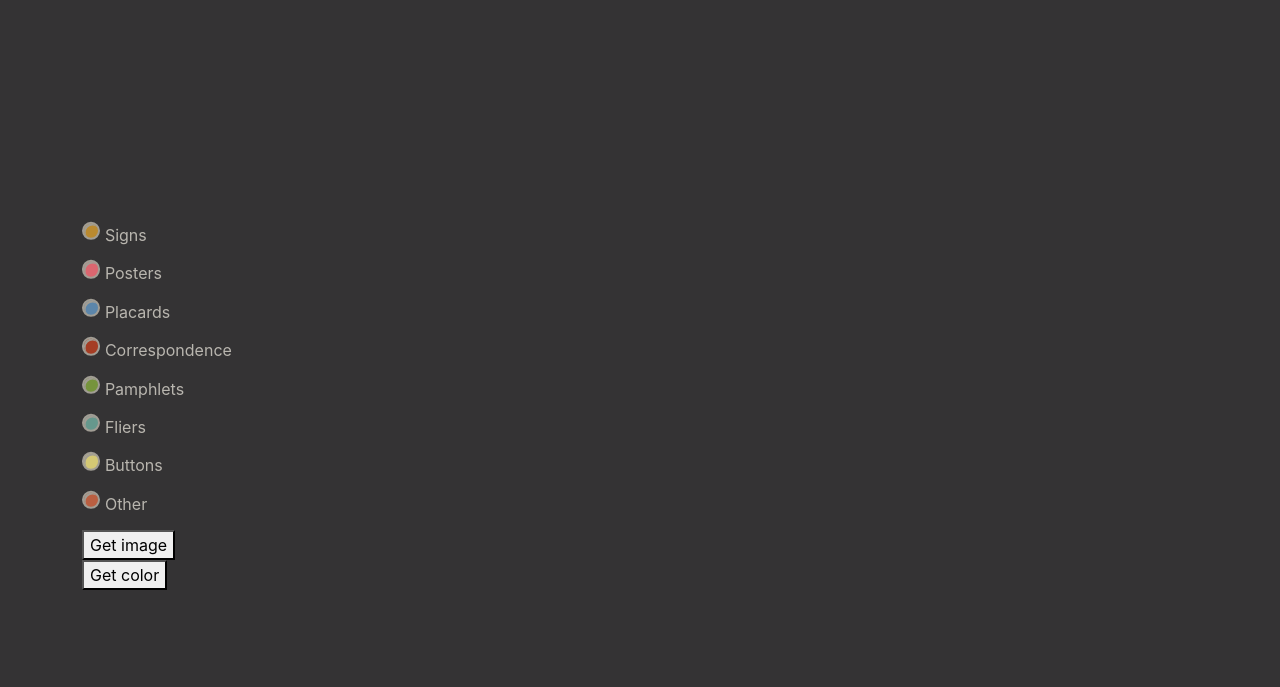
Repository: m0llyc00k/Major-studio-1
Page: Final_v2/index.html
The author's editor kept a record of every edit. The page is drawn from the files as they stood at one moment, then again after the next edit.
The browser window is 1280 px wide. The pictures show the whole page.
Some web fonts or font styles are not loaded; a fallback is used.

Above is the page before.
Console error: SyntaxError: missing ) after argument list

### Final_v2/index.html
<!--https://moderncss.dev/pure-css-custom-checkbox-style/-->


<!DOCTYPE html>
<html lang="en">

<head>
    <title>Ephemera at the Smithsonian</title>
    <meta charset="utf-8">
    <meta name="viewport" content="width=device-width, initial-scale=1">
    <link rel="stylesheet" href="https://maxcdn.bootstrapcdn.com/bootstrap/4.5.2/css/bootstrap.min.css">
    <script src="https://ajax.googleapis.com/ajax/libs/jquery/3.5.1/jquery.min.js"></script>
    <script src="https://cdnjs.cloudflare.com/ajax/libs/popper.js/1.16.0/umd/popper.min.js"></script>
    <script src="https://maxcdn.bootstrapcdn.com/bootstrap/4.5.2/js/bootstrap.min.js"></script>
    <link rel="preconnect" href="https://fonts.googleapis.com">
    <link rel="preconnect" href="https://fonts.gstatic.com" crossorigin>
    <link href="https://fonts.googleapis.com/css2?family=Space+Grotesk:wght@300&family=Spartan:wght@100;400&family=Zilla+Slab:ital,wght@0,300;0,400;1,300;1,400&display=swap" rel="stylesheet">
    <link rel="preconnect" href="https://fonts.googleapis.com">
    <link rel="preconnect" href="https://fonts.gstatic.com" crossorigin>
    <link href="https://fonts.googleapis.com/css2?family=Zilla+Slab+Highlight:wght@400;700&display=swap" rel="stylesheet">
<link rel="preconnect" href="https://fonts.googleapis.com">
<link rel="preconnect" href="https://fonts.gstatic.com" crossorigin>
<link href="https://fonts.googleapis.com/css2?family=Bodoni+Moda&display=swap" rel="stylesheet">


    <style type="text/css">
        body {
            background-color: #343334;
            /*background-color: #161616;*/
            /*zoom: reset;*/
        }

        .button {
            min-width: 130px;
            padding: 4px 5px;
            cursor: pointer;
            text-align: center;
            font-size: 13px;
            border: 1px solid #e0e0e0;
            text-decoration: none;
        }

        .button.active {
            background: #000;
            color: #fff;
        }

        #checkboxes>* {
            font: Roboto;
            font-weight: 400;
            color: #b9b6af;
            padding: 3px;
            display: block;

        }

        .col-sm-2 {
            background-color: #343334;
            /*padding-left: 20px;*/
            /*border-radius: 25px;*/
            padding-top: 200px;
        }

        svg {
            background-color: #343334;
        }

        svganchor {
            padding: 100px;
        }

        .cells path {
            fill: none;
            pointer-events: all;
        }

        div.tooltip {
            position: fixed;
            text-align: left;
            color: #efefef;
            white-space: normal;
            padding: 8px;
            font-size: 14px;
            /*background: rgb(96, 125, 139);*/
            background: #5e626b;
            border: 1px solid rgb(96, 125, 139);
            border-radius: 2px;
            pointer-events: none;
            cursor: pointer;
        }


        .axis path,
        .axis line {
            fill: none;
            stroke: rgb(96, 125, 139);
            shape-rendering: optimizeSpeed;
        }

        .axis text {
            font: 15px sans-serif;
            color: #a19d94;

        }

        /*.typeSort {}*/

        .container {
            padding-top: 20px;
            max-width: 90%;
        }


        input[type="checkbox"] {
            appearance: none;
            background-color: #a19d94;
            margin: 0;
            font: inherit;
            color: #a19d94;
            width: 1.15em;
            height: 1.15em;
            border: 0.15em solid currentColor;
            border-radius: 1em;
            transform: translateY(-0.075em);
            place-content: center;
            box-shadow: inset .1em .1em
        }


        /*designate color fills*/

        input[value="signs"]:checked {
            background-color: #ba8a30;
        }

        input[value="posters"]:checked {
            background-color: #db666f;
        }

        input[value="placards"]:checked {
            background-color: #5c86aa;
        }

        input[value="correspondence"]:checked {
            background-color: #a53d24;
        }

        input[value="pamphlets"]:checked {
            background-color: #76943c;
        }

        input[value="fliers"]:checked {
            background-color: #66988d;
        }

        input[value="buttons"]:checked {
            background-color: #d4c874;
        }

        input[value="other"]:checked {
            background-color: #ba5f41;
        }
    </style>

</head>

<body>



    <div class="container">
        <div class="row">

            <div class="col-sm-2" id="checkboxes">
                <!--<span style="position:relative; top: 5px; font-size: 16px; padding:20px;">Ephemera Type:</span>-->
                <label class="mdl-checkbox mdl-js-checkbox mdl-js-ripple-effect">
                    <!--<span class="checkmark" id="signsColor" style="font-size: 24px; color: #ba8a30;">&#9679;&nbsp;</span>-->
                    <input type="checkbox" value="signs"  class="mdl-checkbox__input typeSort" checked="">    Signs
                </label>
                <label class="mdl-checkbox mdl-js-checkbox mdl-js-ripple-effect">
                    <!--<span class="mdl-checkbox__label" id="postersColor" style="font-size: 24px; color: #db666f;">&#9679;&nbsp;</span>-->
                    <input type="checkbox" value="posters" class="mdl-checkbox__input typeSort" checked="">    Posters
                </label>
                <label class="mdl-checkbox mdl-js-checkbox mdl-js-ripple-effect">
                    <!--<span class="mdl-checkbox__label" id="placardsColor" style="font-size: 24px; color: #5c86aa;">&#9679;&nbsp;</span>-->
                    <input type="checkbox" value="placards" class="mdl-checkbox__input typeSort" checked="">    Placards
                </label>
                <label class="mdl-checkbox mdl-js-checkbox mdl-js-ripple-effect">
                     <!--<span class="mdl-checkbox__label" id="correspondenceColor" style="font-size: 24px; color: #a53d24;">&#9679;&nbsp;</span>-->
                    <input type="checkbox" value="correspondence" class="mdl-checkbox__input typeSort" checked="">    Correspondence
                </label>
                <label class="mdl-checkbox mdl-js-checkbox mdl-js-ripple-effect">
                     <!--<span class="mdl-checkbox__label" id="pamphletsColor" style="font-size: 24px; color: #76943c;">&#9679;&nbsp;</span>-->
                    <input type="checkbox" value="pamphlets" class="mdl-checkbox__input typeSort" checked="">    Pamphlets
                </label>
                <label class="mdl-checkbox mdl-js-checkbox mdl-js-ripple-effect">
                     <!--<span class="mdl-checkbox__label" id="fliersColor" style="font-size: 24px; color: #66988d;">&#9679;&nbsp;</span>-->
                    <input type="checkbox" value="fliers" class="mdl-checkbox__input typeSort" checked="">    Fliers
                </label>
                <label class="mdl-checkbox mdl-js-checkbox mdl-js-ripple-effect">
                    <!--<span class="mdl-checkbox__label" id="buttonsColor" style="font-size: 24px; color: #d4c874;">&#9679;&nbsp;</span>-->
                    <input type="checkbox" value="buttons" class="mdl-checkbox__input typeSort" checked="">  Buttons
                </label>
                <label class="mdl-checkbox mdl-js-checkbox mdl-js-ripple-effect">
                    <!--<span class="mdl-checkbox__label" id="otherColor" style="font-size: 24px; color: #ba5f41;">&#9679;&nbsp;</span>-->
                    <input type="checkbox" value="other" class="mdl-checkbox__input typeSort" checked="">    Other
                </label>

                <div class="col" id="toolbar">
                    <button id="getImage" onclick="changeFillImage()">Get image</button>
                    <button id="getColor" onclick="changeFillColor()">Get color</button>

                </div>

            </div>

            <div class="col-lg-10" id="svgbeeswarm"></div>
            <!--<div class="row">-->
            <!--    <div class="col" id="toolbar">-->
            <!--        <button id="all" class="button active">All</button>-->
            <!--        <button id="Movement" class="button">By Movement</button>-->
            <!--        <button id="typeSort" class="button">By Type</button>-->
            <!--<button id="dateSort" class="button">By Year</button>-->
            <!--    </div>-->
            <!--</div>-->
            <!--<div class="row">-->
            <!--    <div class="col" id="svgclusters"></div>-->
            <!--</div>-->

        </div>
    </div>

    <script src="https://d3js.org/d3.v5.min.js"></script>

    <!--<script src="https://d3js.org/d3.v5.min.js"></script>-->
    <script src="beeswarm.js"></script>
    <script src="clusters.js"></script>


</body>

</html>

### Final_v2/beeswarm.js
/*global d3*/

let height = 850;
let width = 1120;
let margin = ({ top: 40, right: 40, bottom: 34, left: 40 });
let allDates = [];

// Data structure describing chart scales
let Scales = {
    lin: "scaleLinear",
    log: "scaleLog"
};

// Data structure describing volume of displayed data
let Count = {
    dateSort: "dateSort",
};

// Data structure describing legend fields value
let Legend = {
    dateSort: "dateSort",
};

let chartState = {};

chartState.measure = Count.dateSort;
chartState.scale = Scales.lin;
chartState.legend = Legend.dateSort;


// Colors used for circles depending on typeSort
let colors = d3.scaleOrdinal()
    .domain(["buttons", "signs", "posters", "placards", "correspondence", "pamphlets", "fliers", "other"])
    //vibrant
    //.range(['#ff7eb6', '#8a3ffc', '#fa4d56', '#d2a106', '#d4bbff', '#08bdba', '#ba4e00', '#33b1ff']);
    //dark-antique
    // .range(['#9ab6aa', '#d4c874', '#919f5e', '#825264', '#db666f', '#76943c', '#66988d', '#ba5f41']);
    .range(['#d4c874', '#ba8a30', '#db666f', '#5c86aa', '#a53d24', '#76943c', '#66988d', '#ba5f41']);



//#009392,#72aaa1,#b1c7b3,#f1eac8,#e5b9ad,#d98994,#d0587e
//#A16928,#bd925a,#d6bd8d,#edeac2,#b5c8b8,#79a7ac,#2887a1

d3.select("#buttonsColor").style("color", colors("buttons"));
d3.select("#signsColor").style("color", colors("signs"));
d3.select("#postersColor").style("color", colors("posters"));
d3.select("#placardsColor").style("color", colors("placards"));
d3.select("#correspondenceColor").style("color", colors("correspondence"));
d3.select("#pamphletsColor").style("color", colors("pamphlets"));
d3.select("#fliersColor").style("color", colors("fliers"));
d3.select("#otherColor").style("color", colors("other"));


let svg = d3.select("#svgbeeswarm")
    .append("svg")
    .attr("width", width)
    .attr("height", height)

svg.append("text")
    .attr("x", 0)
    .attr("y", 70)
    .attr("text-anchor", "left")
    .style("font-size", "32px")
    .style("fill", "#b9b6af")
    .style("font-family", "Zilla Slab")
    .style("font-variant", "small-caps")
    .style("font-weight", 500)
    .text("Political and Activist Ephemera at the Smithsonian");

// Add subtitle to graph
svg.append("text")
    .attr("x", 0)
    .attr("y", 110)
    .attr("text-anchor", "left")
    .style("font-size", "34px")
    .style("fill", "#b9b6af")
    .style("max-width", 400)
    .style("font-family", "Zilla Slab Highlight")
    .style("font-weight", 600)
    .text("Temporary Objects with Permanent Impact");



let xScale = d3.scaleLinear()
    .domain(allDates.map(d => d.dateSort))
    .range([margin.left, width - margin.right])

svg.append("g")
    .attr("class", "x axis")
    .attr("transform", "translate(0," + (height - margin.bottom) + ")")


// Create line that connects circle and X axis
let xLine = svg.append("line")
    .attr("stroke", "rgb(96,125,139)")
    .attr("stroke-dasharray", "3,4")
    .attr("stroke-width", "2");

// Create tooltip div and make it invisible
let tooltip = d3.select("#svgbeeswarm").append("div")
    .attr("class", "tooltip")
    .style("opacity", 0);


// Load and process data
d3.csv("https://raw.githubusercontent.com/m0llyc00k/major-studio-1/main/Qualitative/examples-beeswarm/beeswarm-data-new-Images.csv").then(function(data) {

    let dataSet = data;

    redraw();



    // Trigger filter function whenever checkbox is ticked/unticked
    d3.selectAll("input").on("change", filter);

    function redraw() {

        // Set scale type based on button clicked
        if (chartState.scale === Scales.lin) {
            xScale = d3.scaleLinear().range([margin.left, width - margin.right])
        }

        if (chartState.scale === Scales.log) {
            xScale = d3.scaleLog().range([margin.left, width - margin.right]);
        }

        xScale.domain(d3.extent(dataSet, function(d) {
            return +d[chartState.measure];
        }));

        //set x axis
        let xAxis = d3.axisBottom(xScale)
            .ticks(12, ".0f");


        d3.transition(svg).select(".x.axis")
            .transition()
            .duration(1000)
            .call(xAxis);

        // Create simulation with specified dataset
        let simulation = d3.forceSimulation(dataSet)
            // Apply positioning force to push nodes towards desired position along X axis
            .force("x", d3.forceX(function(d) {
                // Mapping of values from date/perCapita column of dataset to range of SVG chart (<margin.left, margin.right>)
                return xScale(+d[chartState.measure]); // This is the desired position
            }).strength(8)) // Increase velocity
            .force("y", d3.forceY((height / 1.75) - margin.bottom)) // // Apply positioning force to push nodes towards center along Y axis
            .force("collide", d3.forceCollide(16)) // Apply collision force with radius of 9 - keeps nodes centers 9 pixels apart
            .stop(); // Stop simulation from starting automatically

        // Manually run simulation
        for (let i = 0; i < dataSet.length; ++i) {
            simulation.tick(5);
        }



        // Create ephemera circles
        let titleCircles = svg.selectAll(".title")
            .data(dataSet, function(d) { return d.title });

        titleCircles.exit()
            .transition()
            .duration(1000)
            .attr("cx", 0)
            .attr("cy", (height / 2) - margin.bottom / 2)
            .remove();


        //fill circles with images

        var defs = svg.append('defs');

        defs.append("pattern")
            .attr("id", "d.title")
            .attr("height", "100%")
            .attr("width", "100%")
            .attr("patternContentUnits", "objectBoundingBox")
            .append("image")
            .attr("height", 1)
            .attr("width", 1)
            .attr("preserveAspectRatio", "none")
            .attr("xmlns:xlink", "http://www.w3.org/1999/xlink")
            .attr("xlink:href", "+ d.primaryImage +")

        defs.selectAll(".title-pattern")
            .data(data)
            .enter().append("pattern")
            .attr("class", "title-pattern")
            .attr("id", function(d) {
                return d.id
            })
            .attr("height", "100%")
            .attr("width", "100%")
            .attr("patternContentUnits", "objectBoundingBox")
            .append("image")
            .attr("height", 1)
            .attr("width", 1)
            .attr("preserveAspectRatio", "none")
            .attr("xmlns:xlink", "http://www.w3.org/1999/xlink")
            .attr("xlink:href", function(d) {
                return d.primaryImage
            })



        titleCircles.enter()
            .append("circle")
            .attr("class", "title")
            .attr("cx", 0)
            .attr("cy", (height / 2) - margin.bottom / 2)
            // .attr("cx", width - margin.right)
            // .attr("cy", (height) - margin.bottom)
            .attr("r", 13)
            .attr("stroke", function(d) { return colors(d.typeSort) })
            .attr("stroke-width", 4)
            .merge(titleCircles)
            .transition()
            .duration(1000)
            .attr("cx", function(d) { return d.x; })
            .attr("cy", function(d) { return d.y; })
            .attr("fill", function(d) {
                return "url(#" + d.id + ")";
            });

        // .on("mouseover", handleMouseOver)
        // .on("mouseout", handleMouseOut);



        //map just the images on the beeswarm

        // var images = svg.selectAll(".primaryImage")
        //             .data(dataSet, function(d) { return d.primaryImage });

        //         images.exit()
        //             .transition()
        //             .duration(1000)
        //             .attr("x", 0)
        //             .attr("y", (height) - margin.bottom)
        //             .remove()



        //         images.enter()
        //             .append("image")
        //             .attr("xlink:href", function(d) { return d.primaryImage;})
        //             .attr("width", 26)
        //             .attr("height", 26)
        //             .attr("x", width - margin.right / 2)
        //             .attr("y", (height) - margin.bottom / 2)
        //             .merge(images)
        //             .transition()
        //             .duration(2000)
        //             .attr("x", function(d) { return d.x; })
        //             .attr("y", function(d) { return d.y; });





        // Show tooltip when hovering over circle (data for respective country)
        d3.selectAll(".title").on("mousemove", function(d) {
            // tooltip.html(`   <div class="container" style="max-width:100%">
            //                 <div class="row"><div class="col-md-6">
            //               <strong>${d.title}</strong><br>
            //               ${d.typeTrue}<br>
            //               <strong>${d.dateTrue}</strong><br>
            //               </div>
            //               <div class="col-sm-4">
            //               <img src="${d.primaryImage}" alt="image here">
            //               </div></div>
            //               `)
            tooltip.html(`<div>
                          <strong>${d.title}</strong><br>
                          ${d.typeTrue}<br>
                          <strong>${d.dateTrue}</strong><br>
                          </div>
                          `)
                .style('top', d3.event.pageY - 1 + 5 + 'px')
                .style('left', d3.event.pageX + 1 + 10 + 'px')
                .style("opacity", 0.9)
            // .style("left", d3.select(this).attr("cx") + "px")
            // .style("top", d3.select(this).attr("cy") + "px");



            xLine.attr("x1", d3.select(this).attr("cx"))
                .attr("y1", d3.select(this).attr("cy"))
                .attr("y2", (height - margin.bottom))
                .attr("x2", d3.select(this).attr("cx"))
                .attr("opacity", 1)




        }).on("mouseout", function(_) {
            tooltip.style("opacity", 0);
            xLine.attr("opacity", 0);
        });


    }


    function handleMouseOver(d, i) { // Add interactivity

        // Use D3 to select element, change size
        d3.select(this)
            .attr("r", 25)
            .attr("fill", function(d) {
                return "url(#" + d.id + ")"
            })
    };

    function handleMouseOut(d, i) {
        // Use D3 to select element, change color back to normal
        d3.select(this)
            .attr("r", 13)
        tooltip.style("opacity", 0);
        xLine.attr("opacity", 0);
    };


    // This function is called by the buttons on top of the plot
    function changeFill() {

    let titleCircle = svg.selectAll(".title")
        .data(dataSet, function(d) { return d.title });
    }

let CircleColor =
        d3.selectAll("circle")
            .append("circle")
            .attr("class", "title")
            .attr("cx", 0)
            .attr("cy", (height / 2) - margin.bottom / 2)
            // .attr("cx", width - margin.right)
            // .attr("cy", (height) - margin.bottom)
            .attr("r", 13)
            .attr("stroke", function(d) { return colors(d.typeSort) })
            .attr("stroke-width", 4)
            .merge(titleCircles)
            .transition()
            .duration(2000)
            .attr("cx", function(d) { return d.x; })
            .attr("cy", function(d) { return d.y; })
            .attr("fill", function(d) {
                return colors(d.typeSort)
            })

    let circleImage =
        d3.selectAll("circle")
            .append("circle")
            .attr("class", "title")
            .attr("cx", 0)
            .attr("cy", (height / 2) - margin.bottom / 2)
            // .attr("cx", width - margin.right)
            // .attr("cy", (height) - margin.bottom)
            .attr("r", 13)
            .attr("stroke", function(d) { return colors(d.typeSort) })
            .attr("stroke-width", 4)
            .merge(titleCircles)
            .transition()
            .duration(2000)
            .attr("cx", function(d) { return d.x; })
            .attr("cy", function(d) { return d.y; })
            .attr("fill", function(d) {
                return "url(#" + d.id + ")"

            })
    }




    // Filter data based on which checkboxes are ticked
    function filter() {

        function getCheckedBoxes(checkboxName) {

            let checkboxes = d3.selectAll(checkboxName).nodes();
            let checkboxesChecked = [];
            for (let i = 0; i < checkboxes.length; i++) {
                if (checkboxes[i].checked) {
                    checkboxesChecked.push(checkboxes[i].defaultValue);
                }
            }
            return checkboxesChecked.length > 0 ? checkboxesChecked : null;
        }

        let checkedBoxes = getCheckedBoxes(".typeSort");

        let newData = [];

        if (checkedBoxes == null) {
            dataSet = newData;
            redraw();
            return;
        }

        for (let i = 0; i < checkedBoxes.length; i++) {
            let newArray = data.filter(function(d) {
                return d.typeSort === checkedBoxes[i];
            });
            Array.prototype.push.apply(newData, newArray);
        }

        dataSet = newData;
        redraw();

        d3.selectAll("circle")
            .on("mouseover", handleMouseOver)
            .on("mouseout", handleMouseOut);
    }



}).catch(function(error) {
    if (error) throw error;
});

Loaded but not shown: Final_v2/clusters.js (no copy from this time; the picture is the same without it)

After the next edit:
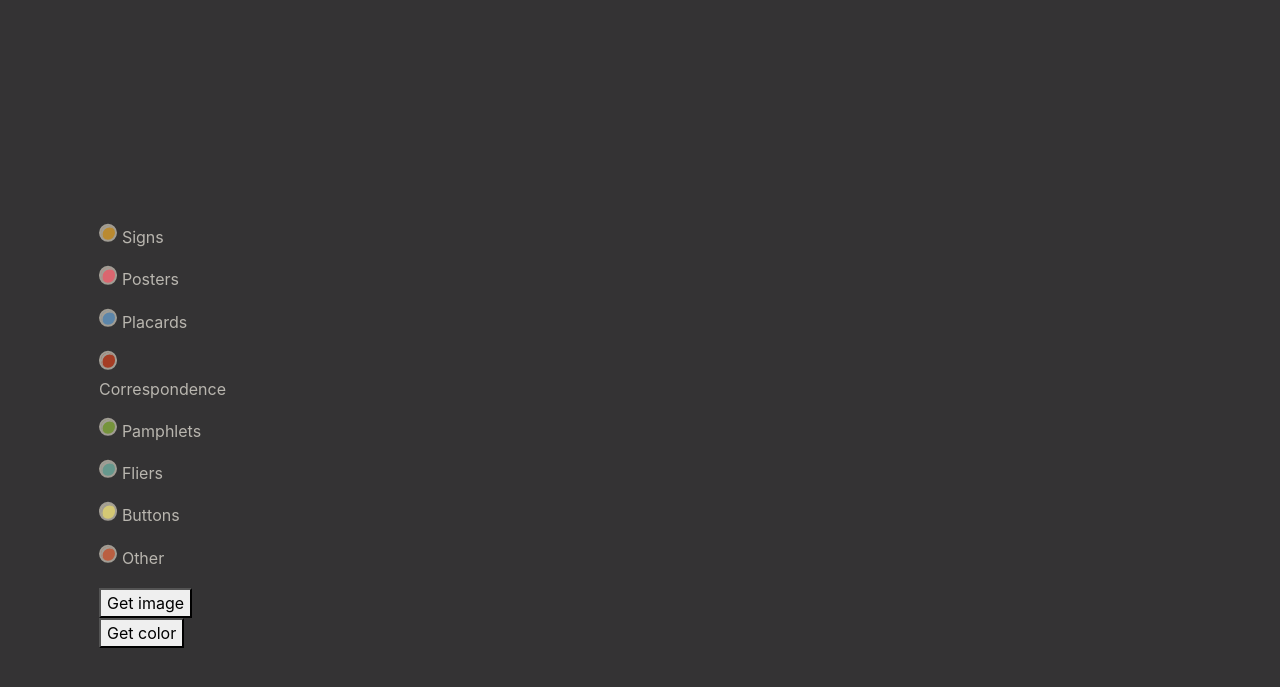
The edit:
--- a/Final_v2/index.html
+++ b/Final_v2/index.html
@@ -49,7 +49,8 @@
             font: Roboto;
             font-weight: 400;
             color: #b9b6af;
-            padding: 3px;
+            padding: 5px;
+            padding-left: 20px;
             display: block;
 
         }
